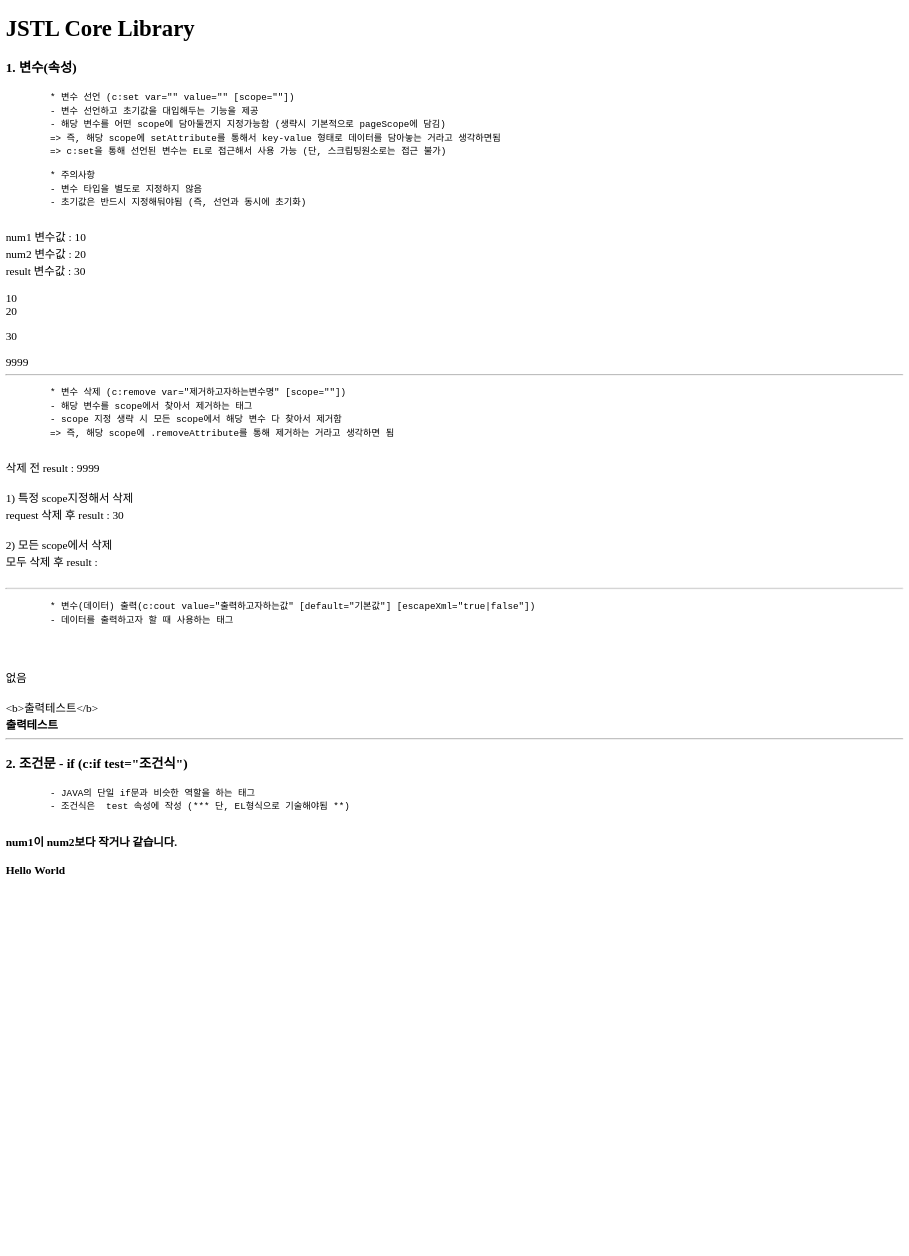
Repository: Young-27/DailyStudy
Page: http://localhost/actionProject/views/3_customAction/01_core.jsp
The author's editor kept a copy of each file at every save. The page is drawn from the files as they stood at one save, then again after the next save.
The browser window is 1280 px wide. The pictures show the whole page, at 71% of full size.
The page is served by Tomcat 9. Other server files are loaded and not shown.

Above is the page before, as saved 2021-06-17 08:57:41.

### Server/web-workspace2/actionProject/WebContent/views/3_customAction/01_core.jsp
<%@ page language="java" contentType="text/html; charset=UTF-8"
    pageEncoding="UTF-8"%>
<%@ taglib prefix="c" uri="http://java.sun.com/jsp/jstl/core" %>
<!DOCTYPE html>
<html>
<head>
<meta charset="UTF-8">
<title>Insert title here</title>
</head>
<body>

	<h1>JSTL Core Library</h1>

	<h3>1. 변수(속성)</h3>
	<pre>
	* 변수 선언 (c:set var="" value="" [scope=""])
	- 변수 선언하고 초기값을 대입해두는 기능을 제공
	- 해당 변수를 어떤 scope에 담아둘껀지 지정가능함 (생략시 기본적으로 pageScope에 담김)
	=> 즉, 해당 scope에 setAttribute를 통해서 key-value 형태로 데이터를 담아놓는 거라고 생각하면됨
	=> c:set을 통해 선언된 변수는 EL로 접근해서 사용 가능 (단, 스크립팅원소로는 접근 불가)

	* 주의사항
	- 변수 타입을 별도로 지정하지 않음
	- 초기값은 반드시 지정해둬야됨 (즉, 선언과 동시에 초기화)
	</pre>

	<c:set var="num1" value="10"/> <!-- page Scope에 담김 -->
	<c:set var="num2" value="20" scope="request"/>
	<%-- => request.setAttribute("num2", "20"); 와 같음 --%>

	num1 변수값 : ${ num1 } <br>
	num2 변수값 : ${ num2 } <br>

	<c:set var="result" value="${ num1 + num2 }" scope="session"/>

	result 변수값 : ${ result } <br><br>
	<%-- scope를 지정해주면 속도가 더 빨라짐 --%>

	${ pageScope.num1 } <br>
	${ requestScope.num2 } <br>
	${ requestScope.result } <br> <%-- request Scope에 존재X => null(X), 빈칸(O) --%>
	${ sessionScope.result } <br><br>

	<c:set var="result" scope="request">
		9999 <%-- value값 ! --%>
	</c:set>

	${ requestScope.result } <br>

	<hr>

	<pre>
	* 변수 삭제 (c:remove var="제거하고자하는변수명" [scope=""])
	- 해당 변수를 scope에서 찾아서 제거하는 태그
	- scope 지정 생략 시 모든 scope에서 해당 변수 다 찾아서 제거함
	=> 즉, 해당 scope에 .removeAttribute를 통해 제거하는 거라고 생각하면 됨
	</pre>

	삭제 전 result : ${ result } <br><br>

	1) 특정 scope지정해서 삭제 <br>
	<c:remove var="result" scope="request"/>
	request 삭제 후 result : ${ result } <br><br>

	2) 모든 scope에서 삭제 <br>
	<c:remove var="result"/>
	모두 삭제 후 result : ${ result } <br><br>

	<hr>

	<pre>
	* 변수(데이터) 출력(c:cout value="출력하고자하는값" [default="기본값"] [escapeXml="true|false"])
	- 데이터를 출력하고자 할 때 사용하는 태그
	<%-- 출력하고자 하는 값이 존재하지 않을 경우 default="기본값"출력 --%>
	</pre>

	<c:out value="${ result }"/> <br>
	<c:out value="${ result }" default="없음"/> <br><br>
	<%-- 사용 예시 : 1:1문의에서 답변이 달리지 않았을 경우 default문구 출력하도록 !! --%>

	<c:set var="outTest" value="<b>출력테스트</b>"/>
	<c:out value="${ outTest }"/><br> <!-- escapeXml 생략 시 기본값이 true == 태그 해석안됨 (문자열로 취급) -->
	<c:out value="${ outTest }" escapeXml="false"/> <br>

	<hr>

	<h3>2. 조건문 - if (c:if test="조건식")</h3>
	<pre>
	- JAVA의 단일 if문과 비슷한 역할을 하는 태그
	- 조건식은  test 속성에 작성 (*** 단, EL형식으로 기술해야됨 **)
	</pre>

	<%--
	<% if(num1 > num2) { %>


	<% } %>
	 --%>

	 <c:if test="${ num1 > num2 }"> <!-- > 혹은 gt -->
	 	<b>num1이 num2보다 큽니다.</b>
	 </c:if>

	 <c:if test="${ num1 <= num2 }"> <!-- <= 혹은 le -->
	 	<b>num1이 num2보다 작거나 같습니다.</b>
	 </c:if>

	 <br>

	 <c:set var="str" value="안녕하세요"/>

	 <!-- 기존 방식 -->
	 <%--
	 <% if(str.equals("안녕하세요")){%>

	 <% } %>
	 --%>

	 <c:if test="${ str eq '안녕하세요' }">
	 	<h4>Hello World</h4>
	 </c:if>

	 <c:if test="${ str ne '안녕하세요' }">
	 	<h4>Bye World</h4>
	 </c:if>






	<br><br><br><br><br><br><br><br><br><br><br><br><br><br><br><br><br><br><br><br><br><br><br><br><br><br><br><br>












</body>
</html>

After the next save:
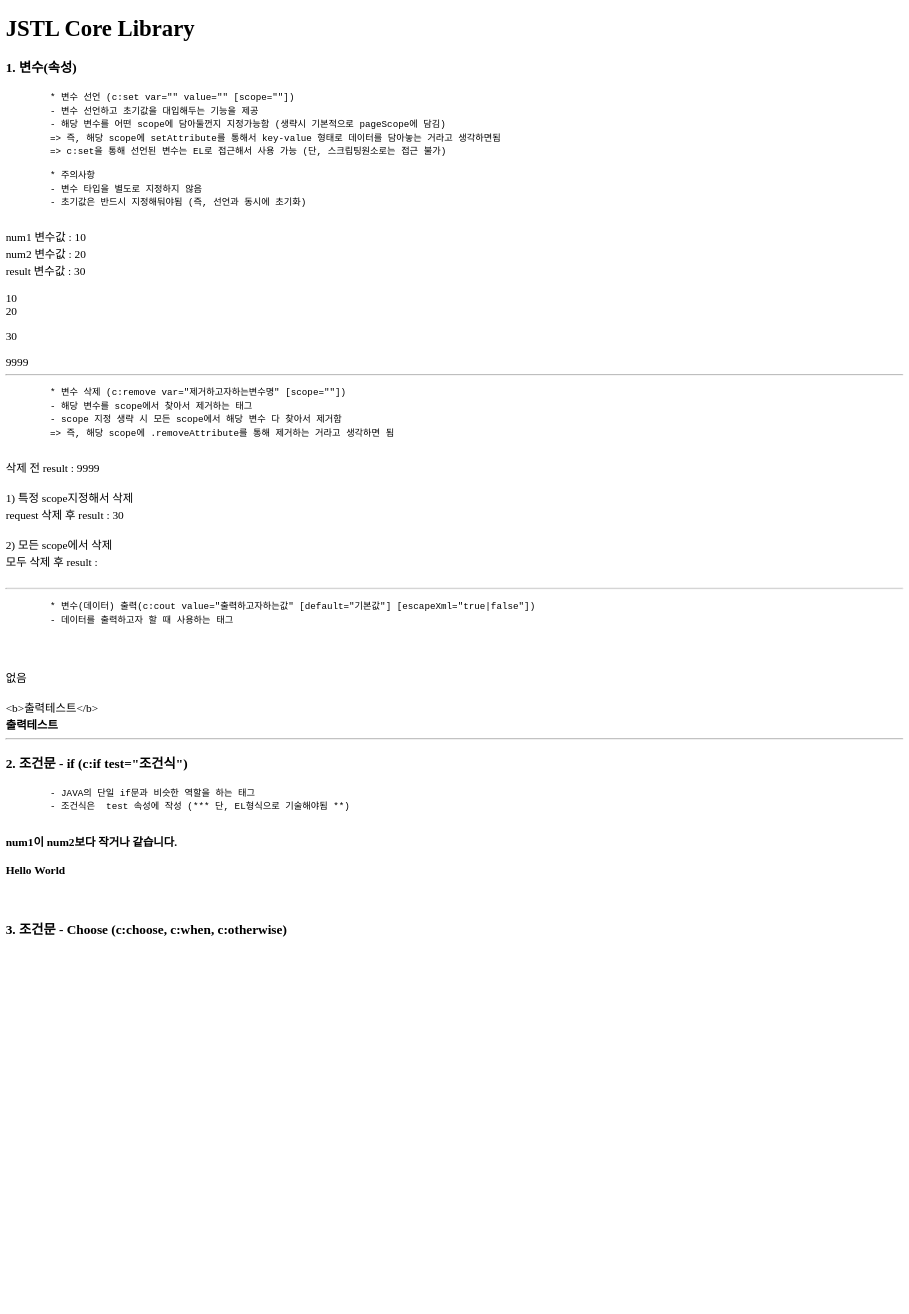
Saved 4 min 11 s later.
--- a/Server/web-workspace2/actionProject/WebContent/views/3_customAction/01_core.jsp
+++ b/Server/web-workspace2/actionProject/WebContent/views/3_customAction/01_core.jsp
@@ -124,7 +124,9 @@
 	 	<h4>Bye World</h4>
 	 </c:if>
 
+	<br>
 
+	<h3>3. 조건문 - Choose (c:choose, c:when, c:otherwise)</h3>
 
 
 
